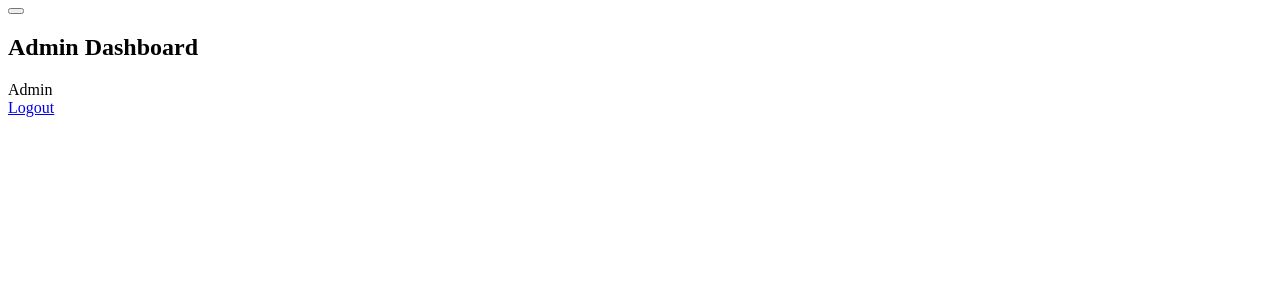
Repository: DODUCHUY195/du_an_1_nhom2
Page: http://localhost/du_an_11/app/views/layouts/navbar.php
An editor plug-in stored every save of this project. The page is shown before and after the next save, followed by the edit.
The browser window is 1280 px wide. The pictures show the whole page.
The page is run by PHP 8.4 with error messages shown; the project is at /var/www/html/.

Above is the page before, as saved 2025-11-17 18:48:22.

### app/views/layouts/navbar.php
<nav class="w-full bg-white shadow-md py-3 px-6 fixed top-0 left-0 z-50 flex justify-between items-center">
    <div class="flex items-center gap-3">
        <button id="sidebarToggle" class="text-gray-600 text-xl">
            <i class="fas fa-bars"></i>
        </button>
        <h1 class="font-semibold text-lg">Admin Dashboard</h1>
    </div>

    <div class="flex items-center gap-5">
        <div class="text-gray-700">
            <?= $_SESSION['user_name'] ?? "Admin" ?>
        </div>
        <a href="/logout" class="text-red-500 hover:text-red-700 font-semibold">Logout</a>
    </div>
</nav>

<!-- offset để tránh navbar che nội dung -->
<div class="pt-20"></div>

After the next save:
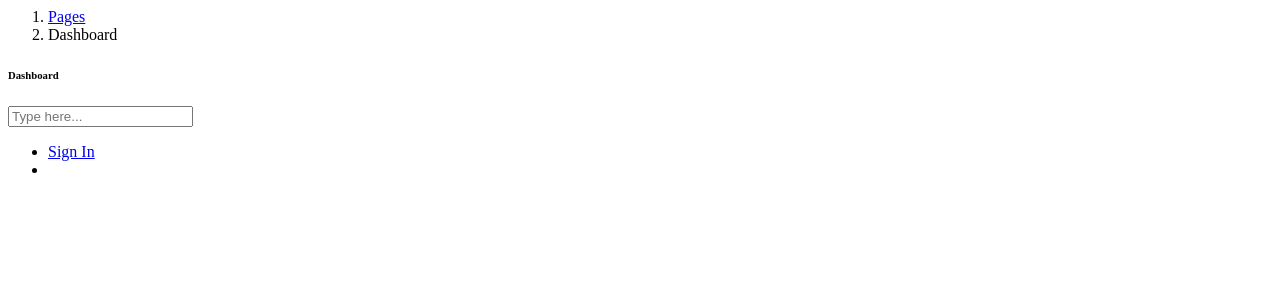
Saved 7 s later.
--- a/app/views/layouts/navbar.php
+++ b/app/views/layouts/navbar.php
@@ -1,18 +1,50 @@
-<nav class="w-full bg-white shadow-md py-3 px-6 fixed top-0 left-0 z-50 flex justify-between items-center">
-    <div class="flex items-center gap-3">
-        <button id="sidebarToggle" class="text-gray-600 text-xl">
-            <i class="fas fa-bars"></i>
-        </button>
-        <h1 class="font-semibold text-lg">Admin Dashboard</h1>
-    </div>
+<?php /* NAVBAR */ ?>
 
-    <div class="flex items-center gap-5">
-        <div class="text-gray-700">
-            <?= $_SESSION['user_name'] ?? "Admin" ?>
+<nav class="relative flex flex-wrap items-center justify-between px-0 py-2 mx-6 transition-all ease-in shadow-none duration-250 rounded-2xl">
+    <div class="flex items-center justify-between w-full px-4 py-1 mx-auto">
+
+        <!-- Breadcrumb -->
+        <nav>
+            <ol class="flex flex-wrap pt-1 mr-12 bg-transparent rounded-lg sm:mr-16">
+                <li class="text-sm leading-normal">
+                    <a class="text-white opacity-50" href="javascript:;">Pages</a>
+                </li>
+                <li class="text-sm pl-2 capitalize leading-normal text-white before:content-['/']"
+                    aria-current="page">
+                    <?= $page_title ?? "Dashboard" ?>
+                </li>
+            </ol>
+            <h6 class="mb-0 font-bold text-white capitalize"><?= $page_title ?? "Dashboard" ?></h6>
+        </nav>
+
+        <!-- RIGHT SIDE ITEMS (search, icons) -->
+        <div class="flex items-center mt-2 grow sm:mt-0 sm:mr-6 md:mr-0">
+
+            <!-- Search -->
+            <div class="flex items-center md:ml-auto md:pr-4">
+                <div class="relative flex">
+                    <input type="text"
+                           class="pl-9 text-sm bg-white border border-gray-300 rounded-lg py-2 pr-3"
+                           placeholder="Type here..." />
+                </div>
+            </div>
+
+            <!-- Icons -->
+            <ul class="flex flex-row justify-end pl-0 mb-0 list-none">
+                <li class="flex items-center">
+                    <a href="#" class="px-0 py-2 text-sm font-semibold text-white">
+                        <i class="fa fa-user mr-1"></i>
+                        Sign In
+                    </a>
+                </li>
+
+                <li class="flex items-center px-4">
+                    <a href="#" class="p-0 text-sm text-white">
+                        <i class="cursor-pointer fa fa-cog"></i>
+                    </a>
+                </li>
+            </ul>
+
         </div>
-        <a href="/logout" class="text-red-500 hover:text-red-700 font-semibold">Logout</a>
     </div>
 </nav>
-
-<!-- offset để tránh navbar che nội dung -->
-<div class="pt-20"></div>
